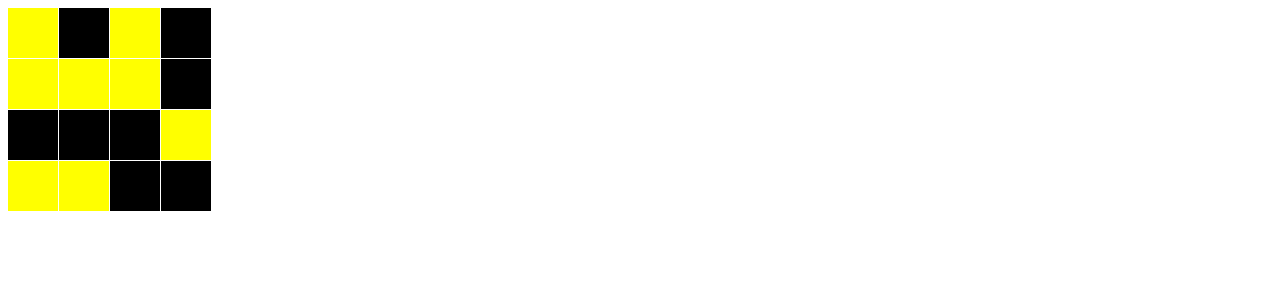
Repository: JIHYEONHE/doit
Page: FAST_ZZANG/static/canvas3.html
The author's editor kept a copy of each file at every save. The page is drawn from the files as they stood at one save, then again after the next save.
The browser window is 1280 px wide. The pictures show the whole page.

Above is the page before, as saved 2022-10-18 01:38:23.

### FAST_ZZANG/static/canvas3.html
<!DOCTYPE html>
<html>
<head>
<meta charset="UTF-8">
<title>Insert title here</title>
<script type="text/javascript">
var cvr2D = [
	   [1,0,1,0],
	   [1,1,1,0],
	   [0,0,0,1],
	   [1,1,0,0]
	];

function myinit(){
    const c = document.getElementById('mycan');
    // 2. 2d모드의 그리기 객체를 취득한다. => 이 객체를 통해 canvas에 그림을 그릴 수 있다.
    const ctx = c.getContext("2d");

    for(var i=0; i<4; i++){ //i는 y
		for(var j=0; j<4; j++){
		    if(cvr2D[i][j]==1){
			    ctx.fillStyle = 'yellow';
			    ctx.fillRect(j*51,i*51, 50, 50);
		    }else{
		        ctx.fillStyle = 'black';
		        ctx.fillRect(j*51, i*51, 50, 50);

		    }
		}
	}

//     for(var i=0; i<4; i++){ //i는 y
// 		for(var j=0; j<4; j++){
// 			    ctx.fillStyle = 'pink';
// 			    ctx.fillRect(j*50,i, 50, 50);
// 		}
//     }
}

</script>
</head>
<body onload="myinit()">

<canvas id="mycan" width="400px" height="400px">

</canvas>

</body>
</html>

After the next save:
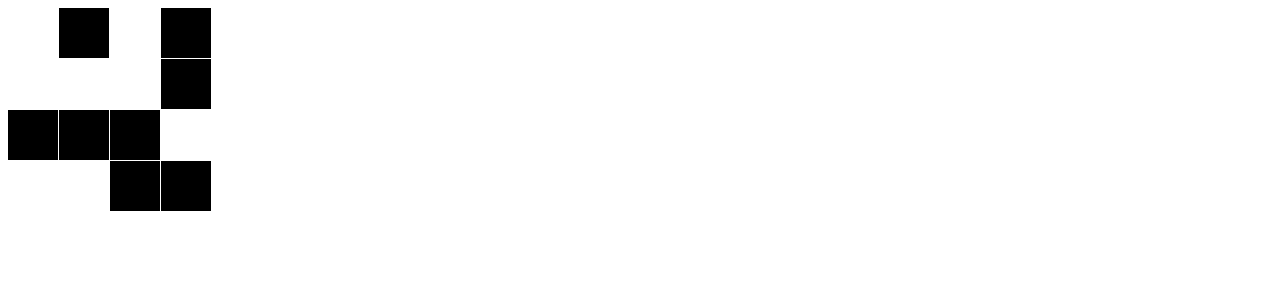
Saved 14 s later.
--- a/FAST_ZZANG/static/canvas3.html
+++ b/FAST_ZZANG/static/canvas3.html
@@ -20,7 +20,6 @@
 		for(var j=0; j<4; j++){
 		    if(cvr2D[i][j]==1){
 			    ctx.fillStyle = 'yellow';
-			    ctx.fillRect(j*51,i*51, 50, 50);
 		    }else{
 		        ctx.fillStyle = 'black';
 		        ctx.fillRect(j*51, i*51, 50, 50);

After the save that followed:
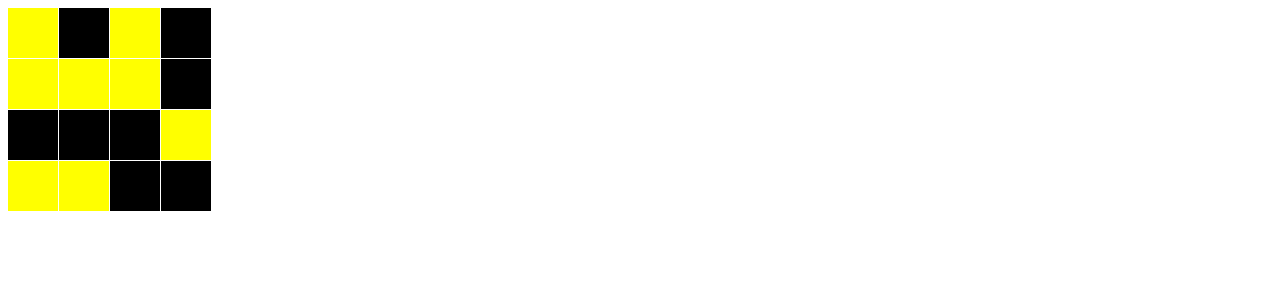
Saved 4 s later.
--- a/FAST_ZZANG/static/canvas3.html
+++ b/FAST_ZZANG/static/canvas3.html
@@ -22,9 +22,8 @@
 			    ctx.fillStyle = 'yellow';
 		    }else{
 		        ctx.fillStyle = 'black';
+		    }
 		        ctx.fillRect(j*51, i*51, 50, 50);
-
-		    }
 		}
 	}
 
